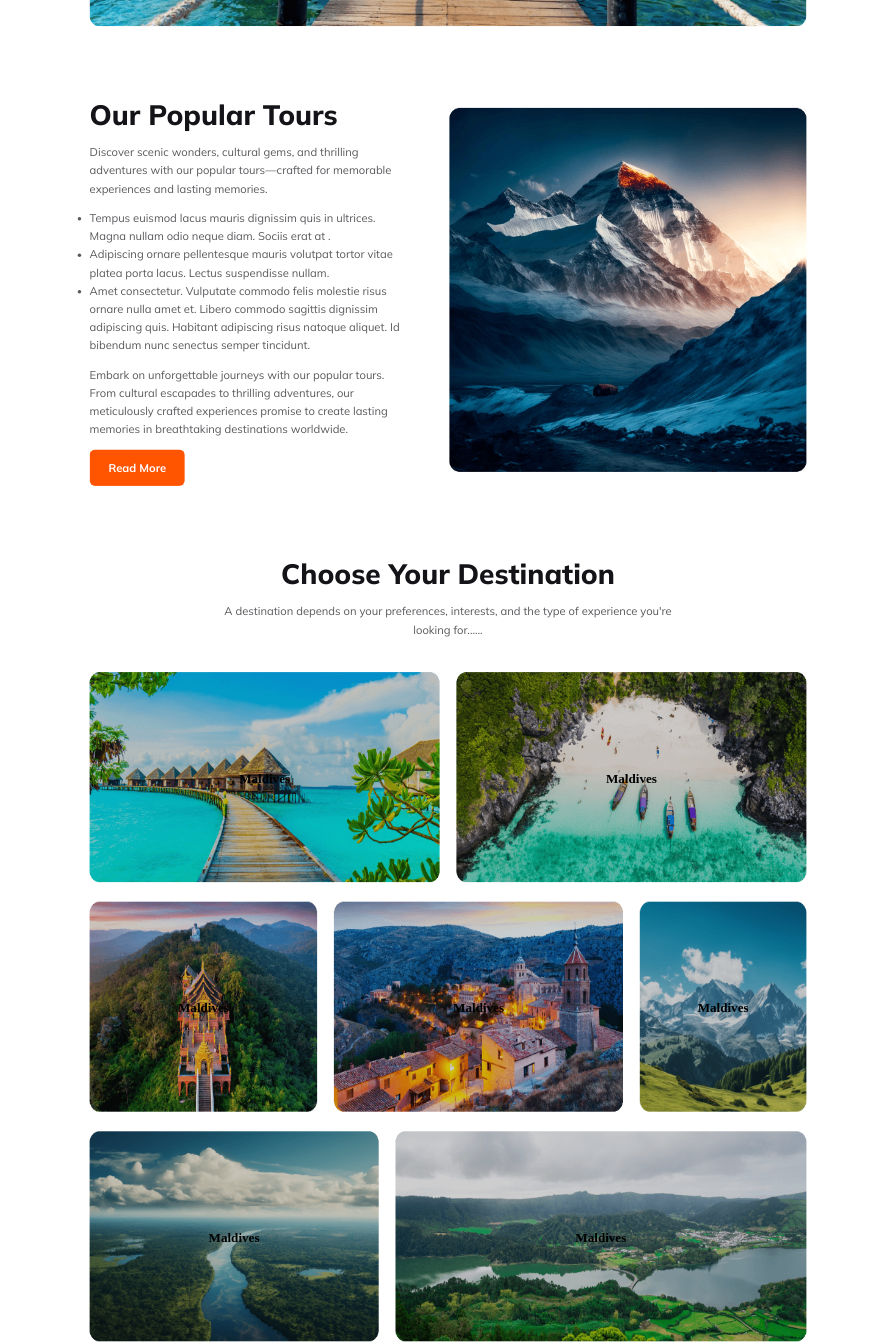
Repository: ShouravAhammed/Assignment-2
Page: index.html
An editor plug-in stored every save of this project. The page is shown before and after the next save, followed by the edit.
The browser window is 1280 px wide. The pictures show the part of the page from y = 663 to 2583 px (the page is 2583 px tall), at 70% of full size.
Some web libraries are served in a nearby version.

Above is the page before, as saved 2024-01-16 15:29:57.

After the next save:
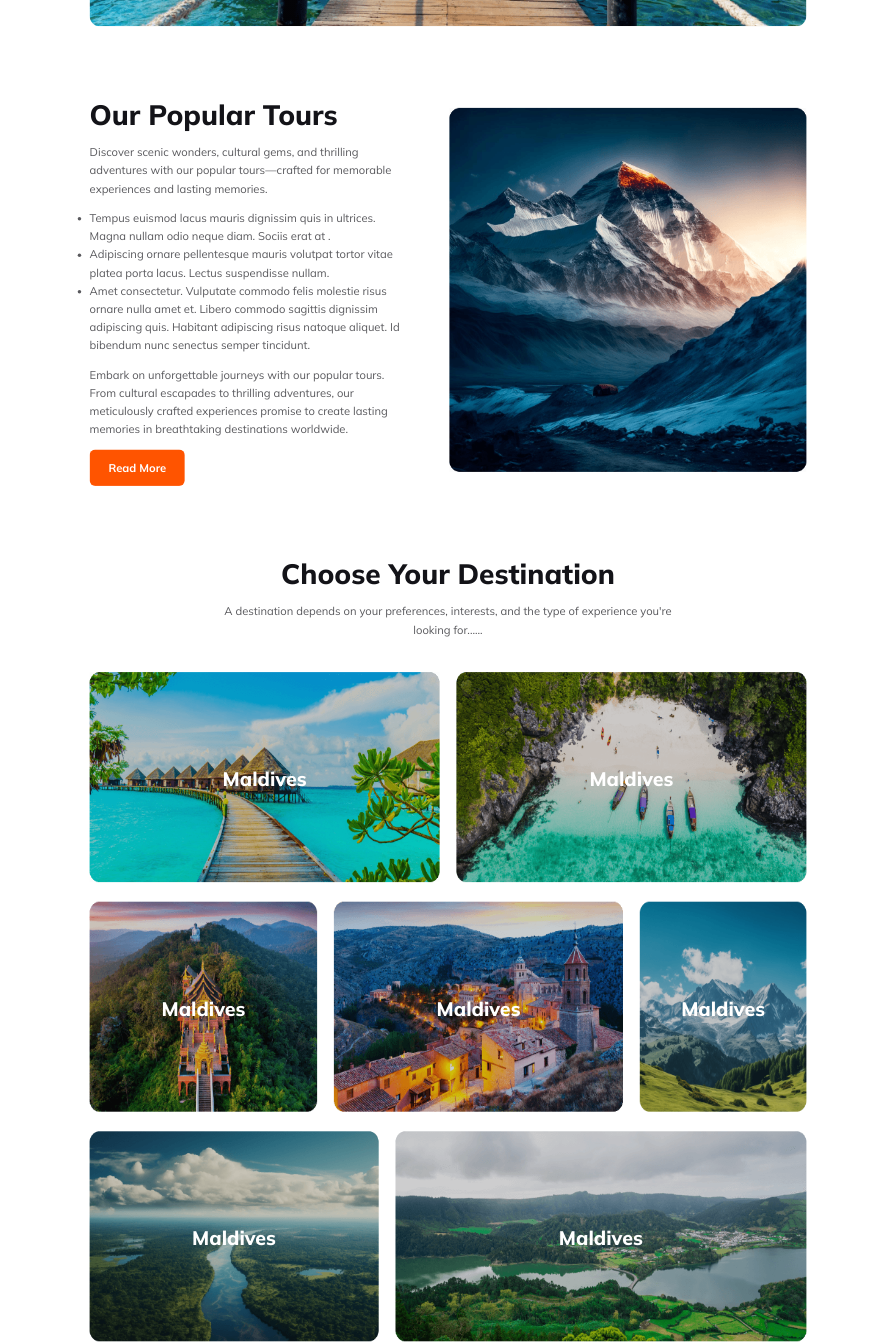
Saved 65 s later.
--- a/styles/style.css
+++ b/styles/style.css
@@ -221,6 +221,10 @@
     display: flex;
     align-items: center;
     justify-content: center;
+    color: #FFF;
+    font-family: Mulish;
+    font-size: 28px;
+    font-weight: 800;
 }
 .destination-img img{
     width: 100%;
